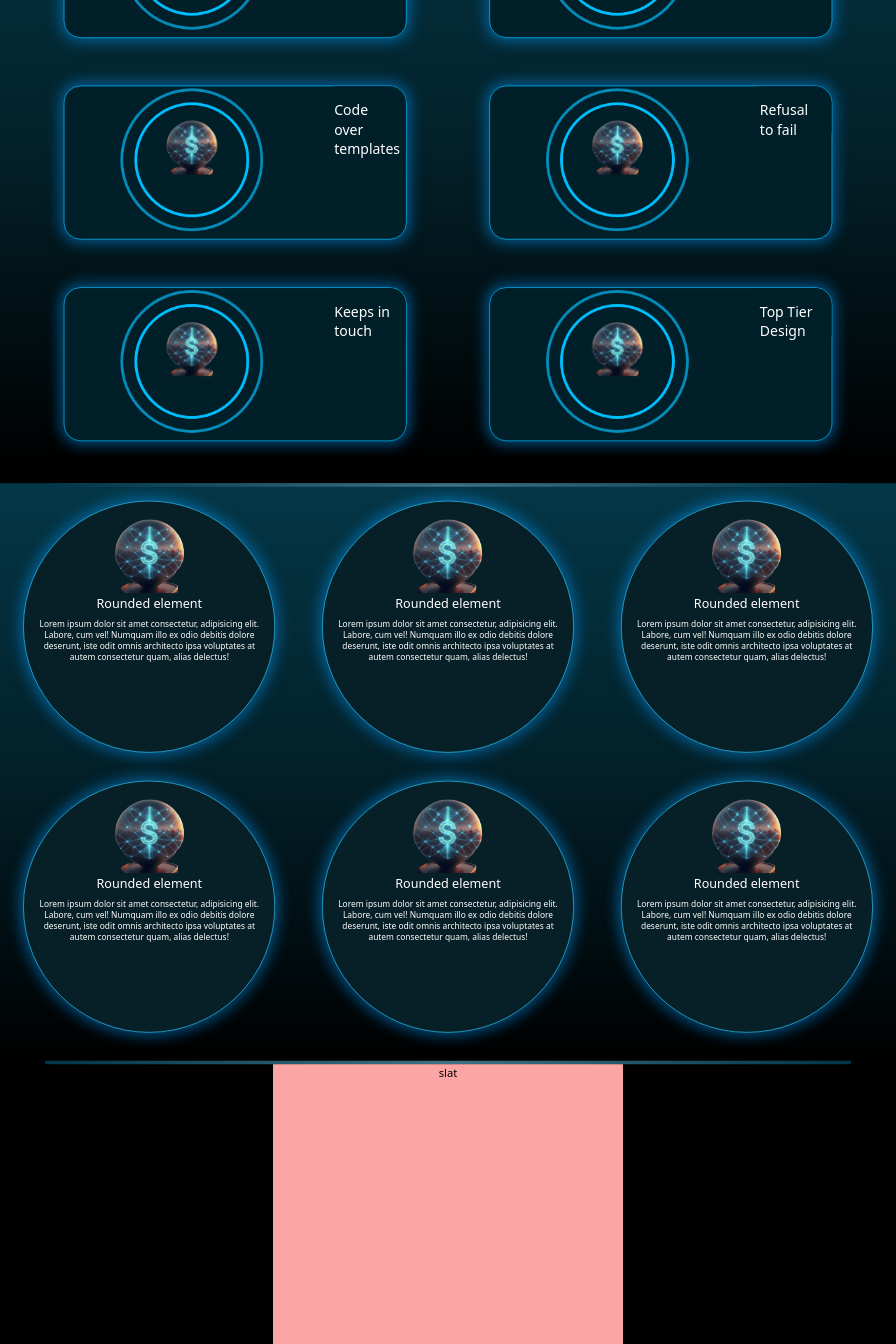
Repository: TMuse333/q3-desings2
Page: /
These files come from the project's save history. The page is drawn as it stood at one moment and after a run of saves; the edit follows.
The browser window is 1280 px wide. The pictures show the part of the page from y = 946 to 2866 px (the page is 2866 px tall), at 70% of full size.
The project was rebuilt for these pictures with package versions that can differ from the ones it lists, and the page was loaded fresh each time. Also part of the build but not shown: vite.config.ts.

Above is the page before, as saved 2024-05-11 14:17:28.

### src/main.tsx
import React from 'react'
import ReactDOM from 'react-dom/client'
import App from './App.js'
import './index.css'
import {ContextProvider} from './context/context'

ReactDOM.createRoot(document.getElementById('root')!).render(
  <ContextProvider>
  <React.StrictMode>
    <App />
  </React.StrictMode>
  </ContextProvider>,
)

### src/App.tsx


import './App.css'

import Homepage from './components/homepage/homepage'

function App() {


  return (
    <>
<Homepage/>
    </>
  )
}

export default App

### src/index.css
@tailwind base;
@tailwind components;
@tailwind utilities;

#root{
    background-color: black;
    height:100vh;
}

body{
    background-color: black;
}

button{
    padding:0.5rem 2rem;
    background-color: black;
    color:white;
    border-radius: 1rem;
}

h1{
    color:white;
    font-size: 2rem;
}

p{
    color:white;
    /* font-size: 1.5rem; */
}

button{
    background-color: #00769e;
}

.glow {
    box-shadow: 0 0 20px 5px #3e7384;
    box-shadow: 0 0 20px 5px #003647;
box-shadow: 0 0 20px 5px rgba(2, 148, 245, 0.5);
}

.glow:hover{
    box-shadow: 0 0 40px 5px rgba(2, 148, 245, 0.5);
}

### src/context/context.tsx
import React, { createContext, useState, useContext, ReactNode, useEffect } from 'react';

// Define the type for the context value
interface GeneralContextType {
  textYPosition: number;
  setTextYPosition: React.Dispatch<React.SetStateAction<number>>;
  isMobile: boolean;
  setIsMobile: React.Dispatch<React.SetStateAction<boolean>>;
  setSecondCircleComplete:React.Dispatch<React.SetStateAction<boolean[]>>;
  secondCircleComplete: boolean[];
  isMobile2: boolean;
  setIsMobile2: React.Dispatch<React.SetStateAction<boolean>>;
  handleCircleComplete: (index: number, value: boolean) => void;
}

// Create the context
export const GeneralContext = createContext<GeneralContextType | undefined>(undefined);

// Create a provider component
export const ContextProvider: React.FC<{ children: ReactNode }> = ({ children }) => {
  // Initialize the value state
  const [textYPosition, setTextYPosition] = useState<number>(0);

  // Detect mobile devices
  const [isMobile, setIsMobile] = useState<boolean>(window.innerWidth <= 655);

  const [isMobile2, setIsMobile2] = useState<boolean>(window.innerWidth <= 655);

  const [secondCircleComplete, setSecondCircleComplete] = useState<boolean[]>(
    Array.from({ length: 7 }, () => false)
  );

  const handleCircleComplete = (index: number, value: boolean) => {
    setSecondCircleComplete((prev) => {
      const newState = [...prev]; // Create a copy of the previous state array
      newState[index] = value; // Update the value at the specified index
      return newState; // Return the new state array
    });
  };



  useEffect(() => {
    const handleScroll = () => {
      setIsMobile(window.innerWidth <= 655);
    };
    window.addEventListener('scroll', handleScroll);
    handleScroll();

    return () => {
      window.removeEventListener('scroll', handleScroll);
    };
  }, []);

  useEffect(() => {
    const handleScroll = () => {
      setIsMobile2(window.innerWidth <= 400);
    };
    window.addEventListener('scroll', handleScroll);
    handleScroll();

    return () => {
      window.removeEventListener('scroll', handleScroll);
    };
  }, []);

  useEffect(() => {
    console.log('is mobile', isMobile);
  }, [isMobile]);

  const contextValue = {
    textYPosition,
    setTextYPosition,
    isMobile,
    setIsMobile,
    secondCircleComplete,
    setSecondCircleComplete,
    isMobile2,
    setIsMobile2,
    handleCircleComplete
  };

  return <GeneralContext.Provider value={contextValue}>{children}</GeneralContext.Provider>;
};

export const useGeneralContext = (): GeneralContextType => {
  const context = useContext(GeneralContext);
  if (!context) {
    throw new Error('useGeneralContext must be used within a ContextProvider');
  }
  return context;
};

### src/App.css
#root {
  max-width: 1280px;
  margin: 0 auto;
  padding: 2rem;
  text-align: center;
}

.logo {
  height: 6em;
  padding: 1.5em;
  will-change: filter;
  transition: filter 300ms;
}
.logo:hover {
  filter: drop-shadow(0 0 2em #646cffaa);
}
.logo.react:hover {
  filter: drop-shadow(0 0 2em #61dafbaa);
}

.h1{
  color:red;
}

@keyframes logo-spin {
  from {
    transform: rotate(0deg);
  }
  to {
    transform: rotate(360deg);
  }
}

@media (prefers-reduced-motion: no-preference) {
  a:nth-of-type(2) .logo {
    animation: logo-spin infinite 20s linear;
  }
}

.card {
  padding: 2em;
}

.read-the-docs {
  color: #888;
}

### src/components/homepage/homepage.tsx
import React from "react";
import { CircleInfoGraphic } from "../circleInfographic/circleInfoGraphic";
import Content from "../content/content";
import q3 from '../../media/q3-visuals-logo-2.png'
import TextFormat from "../textFormat/textFormat";

// import { TextParallaxContentExample } from "../parallaxText/parallaxText";
import MultiLayerParallax from "../mountainParallax/mountainParallax";
import ParticlesComponent from "../particles/particles";
import nobgLaptop from '../../media/Gemini_Generated_Image_r055a1r055a1r055-removebg-preview.png'
import moneyBall from '../../media/futuristic-money-ball-removebg-preview.png'
import { description1 } from "../../data/data";
import AlternatingText from "../alternatingText/alternatingText";

import CircleList from "../circleListElement/circleList";
import Carousel from "../carousel/carousel";


const Homepage: React.FC = () => {

    const images = [
        moneyBall,
        nobgLaptop,
        q3
    ]


    // useEffect(() => {
    //     const loadTime = window.performance.timing.loadEventEnd - window.performance.timing.navigationStart;
    //     console.log('Page load time:', loadTime, 'milliseconds');
    // }, []);



    return (
        <section className="absolute top-0 left-0 w-screen">


            {/* <ParticlesComponent/> */}
            <MultiLayerParallax/>

            {/* <TextParallaxContentExample/> */}

            {/* <Content
            mainTitle='Your digital presence is important'
            image={nobgLaptop}
            customText={null}
            reverse={true}
            description={description1}
            floatingImage={true}
            hasAnimation={true}
            />

            <AlternatingText/>

            <Content
            mainTitle='Benefits of a website'
            image={moneyBall}
            customText={<TextFormat
            isAnimated={true}
            reverse={false}/>}
            reverse={false}
            description={null}
            floatingImage={true}
            hasAnimation={true}

            /> */}



<div className="relative bg-gradient-to-b from-[#043747] via-[#032029] to-transparent w-screen">
<CircleList/>
</div>

<div className="relative bg-gradient-to-b from-[#043747] via-[#032029] to-transparent w-screen">

<CircleInfoGraphic/>
</div>


<Carousel images={images}

/>




        </section>
    )
}


export default Homepage

### src/components/circleInfographic/circleInfoGraphic.tsx
import React, {useState,useRef } from "react";
import ball from '../../media/futuristic-money-ball-removebg-preview.png'
import { motion,Variants} from 'framer-motion'
import useIntersectionObserver from "../intersectionObserver/intersectionObserver";
interface CircleProps {
    image:string
}

const CircleElement: React.FC<CircleProps> = ({image}) => {

    const [inView, setInView] = useState<boolean>(false)

    const options = {
        root: null,
        rootMargin: '-25px',
        threshold: 1,
    };

    // Apply intersection observer hook to detect when the component is in view
    const componentRef = useIntersectionObserver(setInView, options);

    const circleVariants:Variants =  {
        initial:{
            opacity:0,
            y:-60
        },
        animate:{
            opacity:1,
            y:0
        }
    }

    return (
        <motion.section
        ref={componentRef}
        variants={circleVariants}
        initial='initial'
        animate={inView ? 'animate' : 'initial'}
         className={`mt-5 mb-5
        rounded-full bg-[#071f26] hover:bg-[#0e3a47]
        mr-auto ml-auto transition-all
        h-[95vw] w-[95vw] border border-[#2dc0eb]
        flex flex-col  shadow-xl max-w-[360px]
        max-h-[360px]
        sm:w-[48vw] sm:h-[48vw]
        lg:w-[32vw] lg:h-[32vw]
        ${inView ? 'glow' : ''}`}>

            <div className="mt-4">
            <img className="w-[35vw]
            max-w-[115px] max-h-[115px] h-[35vw]
            sm:w-[10vw] sm:h-[10vw] object-cover
            mr-auto ml-auto"
            src={image}
            />
            <h1 className="text-3xl sm:text-lm lg:text-lg ">Rounded element</h1>
            <p className=" ml-auto mr-auto text-sm sm:text-xs pr-5 pl-5 pt-2">Lorem ipsum dolor sit amet consectetur, adipisicing elit. Labore, cum vel! Numquam illo ex odio debitis dolore deserunt, iste odit omnis architecto ipsa voluptates at autem consectetur quam, alias delectus!</p>
            </div>
        </motion.section>
    )
}


export const CircleInfoGraphic = () => {

    return (
        <>
          <div className="mt-5
        w-[90vw] h-[5px]
         bg-gradient-to-r from-[#003647] via-[#3e7384] to-[#003647]
        ml-auto mr-auto rounded-[200rem]
        ">

       </div>
        <section className={`flex
         justify-center flex-col items-center
          sm:grid sm:grid-cols-2 lg:grid-cols-3
           gap-4 lg:gap-0 w-screen max-w-[1500px]  ml-auto mr-auto
          `}>
            <CircleElement
            image={ball}/>
             <CircleElement
            image={ball}/>
                  <CircleElement
            image={ball}/>
             <CircleElement
            image={ball}/>
             <CircleElement
            image={ball}/>
                  <CircleElement
            image={ball}/>
        </section>
        <div className="mt-5
        w-[90vw] h-[5px]
         bg-gradient-to-r from-[#003647] via-[#3e7384] to-[#003647]
        ml-auto mr-auto rounded-[200rem]">

       </div>
       </>
    )
}

### src/components/mountainParallax/mountainParallax.tsx
import  { useRef } from "react";
import bottom from '../../media/bottom-mountain.png'

import full from '../../media/no-bg-mountain.png'
import q3 from '../../media/q3-words.png'
import { motion, useScroll, useTransform } from 'framer-motion'

export default function MultiLayerParallax() {
    const ref = useRef(null);
    const { scrollYProgress } = useScroll({
      target: ref,
      offset: ["start start", "end start"],
    });
    const backgroundY = useTransform(scrollYProgress, [0, 1], ["0%", "100%"]);
    const textY = useTransform(scrollYProgress, [0, 1], ["-20%", "200%"]);

    return (
      <div
        ref={ref}
        className="w-full h-screen overflow-hidden relative grid place-items-center"
      >
       {/* <motion.div className="z-10 relative"
         style={{ y: textY }}> */}
        <motion.img
style={{
    y:textY
}}
        src={q3}
          className="relative z-10 b"
        />
        {/* <motion.h1 className="relative z-10"
        style={{
            y:textY
        }}>
            slatry
        </motion.h1> */}


        <motion.p style={{
             y:textY
        }}
         className="text-white text-2xl relative z-10  mt-[-30rem] sm:-mt-[40rem]">Elevating Brands with discipline and creativity
         </motion.p>
         {/* </motion.div> */}


        <motion.div
          className="absolute inset-0 z-0"
          style={{
            backgroundImage: `url(${full})`,
            backgroundPosition: "bottom",
            backgroundSize: "cover",
            y: backgroundY,
          }}
        />
        <div
          className="absolute inset-0 z-20"
          style={{
            backgroundImage: `url(${bottom})`,
            backgroundPosition: "bottom",
            backgroundSize: "cover",
          }}
        />
      </div>
    );
  }

### src/components/carousel/carousel.tsx
import React, {useState} from 'react'
import { ChevronLeft, ChevronRight } from "react-feather";

interface CarouselProps {
    images:string[]
}


const Carousel:React.FC<CarouselProps> = ({images}) =>{

    const [imageIndex, setImageIndex] = useState<number>(0)

    const handleNext = () => {
        setImageIndex((prevIndex) => (prevIndex + 1) % images.length);
      };

      const handlePrev = () => {
        setImageIndex((prevIndex) => (prevIndex - 1 + images.length) % images.length);
      };

    return (
        <>

        <div className='w-screen  z-3
flex
justify-center items-center'>


        <section className=' relative w-[500px] bg-red-300
        h-[400px]   '>
            slat

            {/* <div className='flex   relative '
             >
                {images.map((image,index) => (
                    <img src={image}
                    key={index}
                    className='transition-transform
                    h-[500px]
                    border border-white
                    '
                    style={{
                        transform:`translateX(-${imageIndex * 100}%)`
                    }}

                    />
                ))}
                    <div className=' w-[100%]
                    flex flex-row justify-between
                    top-[50%]'>



                <button className='bg-transparent absolute
                left-[0%] top-[50%] p-0'>
                    <ChevronLeft
                    onClick={handlePrev}
                    size={40}/>
                </button>

                <button className='bg-transparent absolute
                right-[0%] top-[50%] p-0'>
                 <ChevronRight
                 onClick={handleNext}
                 size={40}/>
                </button>
            </div>
            </div> */}
        </section>
        </div>
            </>

    )
}

export default Carousel

### src/components/intersectionObserver/intersectionObserver.tsx
import { useEffect, useRef, Dispatch, SetStateAction } from "react";

interface IntersectionObserverOptions {
  root: Element | null;
  rootMargin?: string;
  threshold?: number | number[];
}

const useIntersectionObserver = (
  setInView: Dispatch<SetStateAction<boolean>>,
  options: IntersectionObserverOptions
) => {
  const componentRef = useRef<HTMLDivElement>(null);

  useEffect(() => {
    const observer = new IntersectionObserver(([entry]) => {
      // Update the state based on whether the component is in view
      if (entry.isIntersecting) {
        setInView(true);
        observer.disconnect();
      }
    }, options);

    if (componentRef.current) {
      observer.observe(componentRef.current);
    }

    return () => {
      if (componentRef.current) {
        observer.unobserve(componentRef.current);
      }
    };
  }, [setInView, options]);

  return componentRef;
};

export default useIntersectionObserver;

Loaded but not shown: index.html (common file); tailwind.config.js (21 lines, source omitted); src/components/circleContent/appearingCircle.tsx (297 lines, source omitted); src/components/circleListElement/circleList.tsx (164 lines, source omitted)

After the next 7 saves:
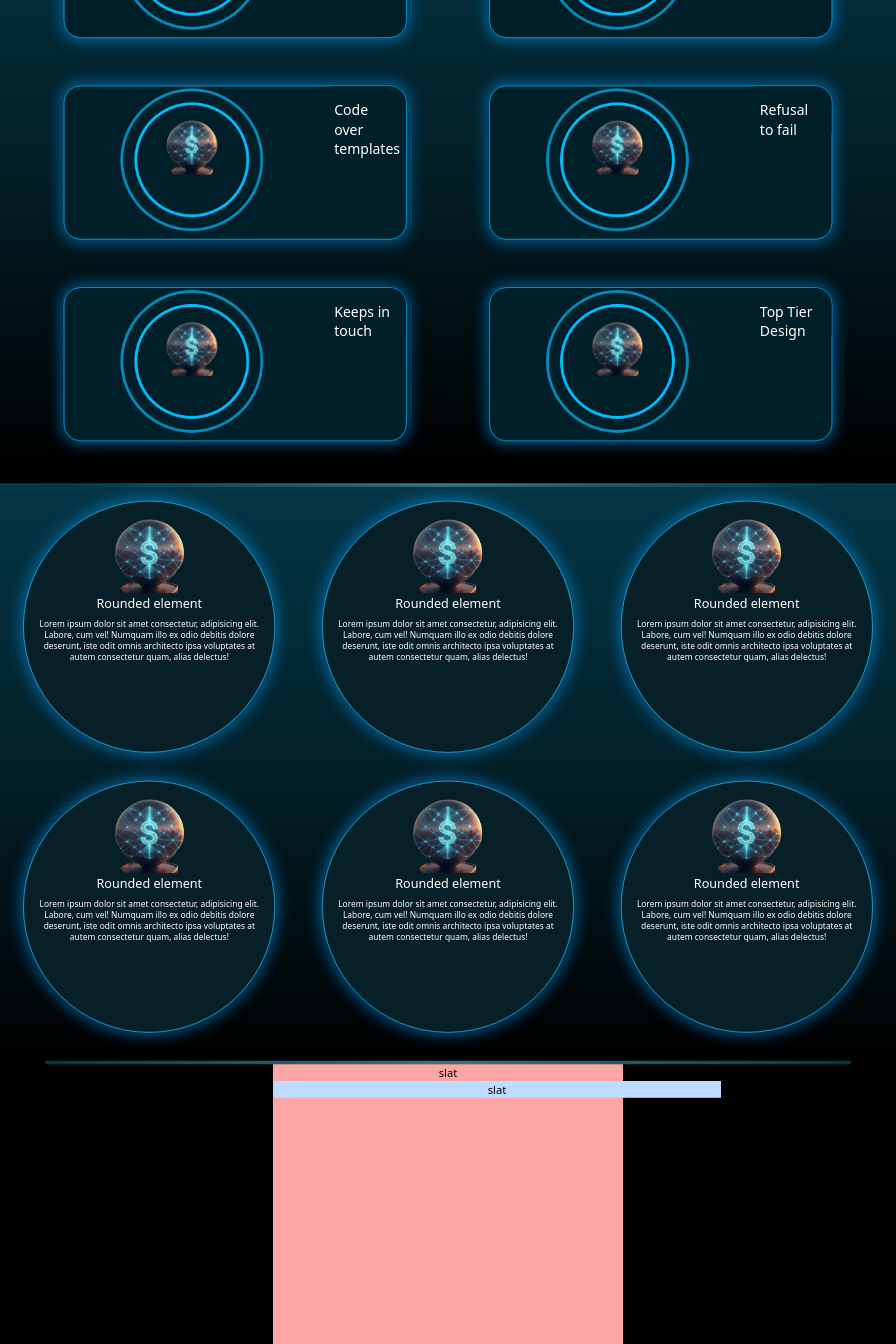
The 7 saves are shown as one change because 2 did not build or start and some came seconds apart.
The last was saved 40 s later.
--- a/src/components/carousel/carousel.tsx
+++ b/src/components/carousel/carousel.tsx
@@ -29,6 +29,10 @@
         <section className=' relative w-[500px] bg-red-300
         h-[400px]   '>
             slat
+
+            <div className='bg-blue-200 w-[50vw]'>
+                slat
+            </div>
 
             {/* <div className='flex   relative '
              >

After the save that followed:
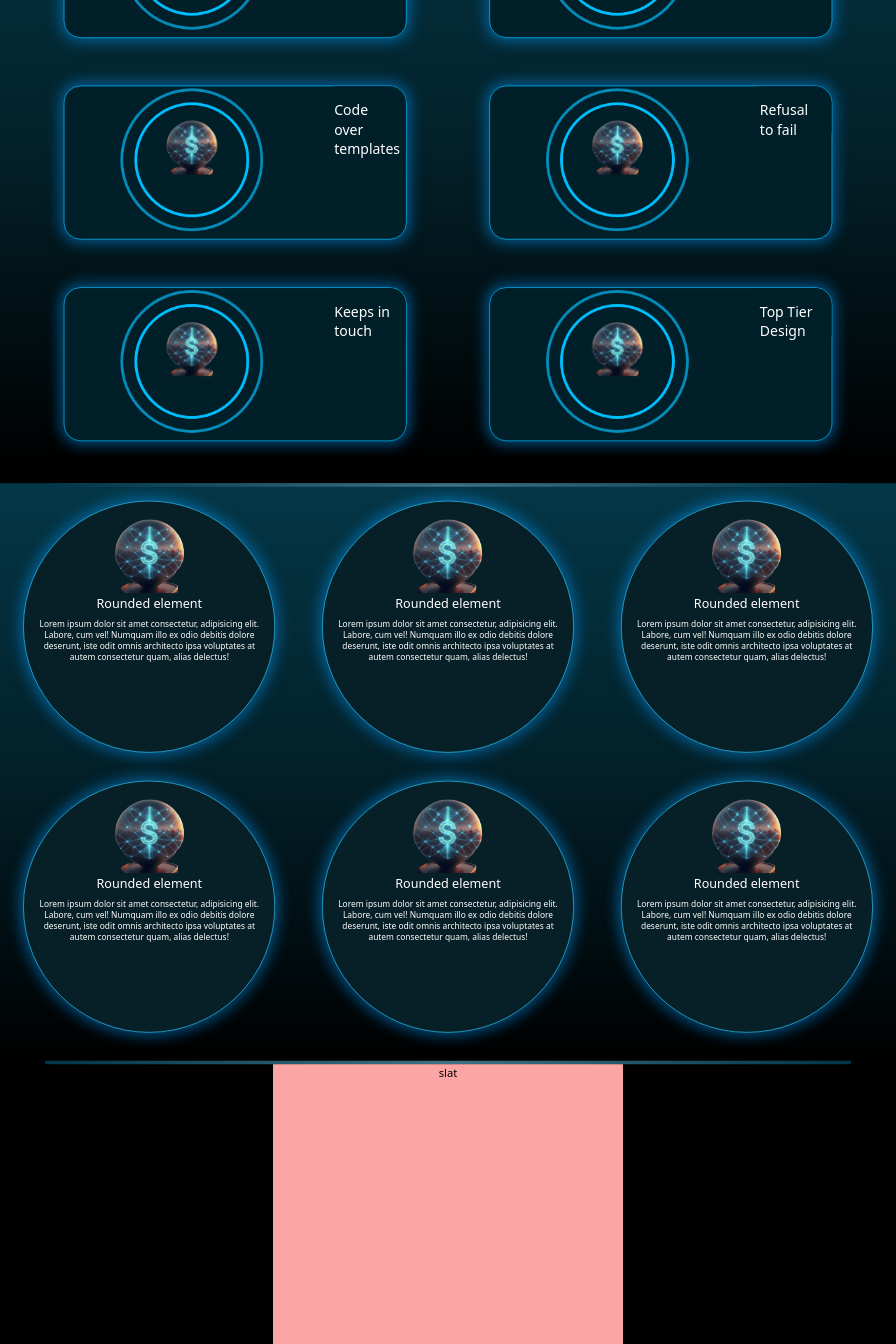
Saved 9 s later.
--- a/src/components/carousel/carousel.tsx
+++ b/src/components/carousel/carousel.tsx
@@ -31,7 +31,7 @@
             slat
 
             <div className='bg-blue-200 w-[50vw]'>
-                slat
+
             </div>
 
             {/* <div className='flex   relative '
